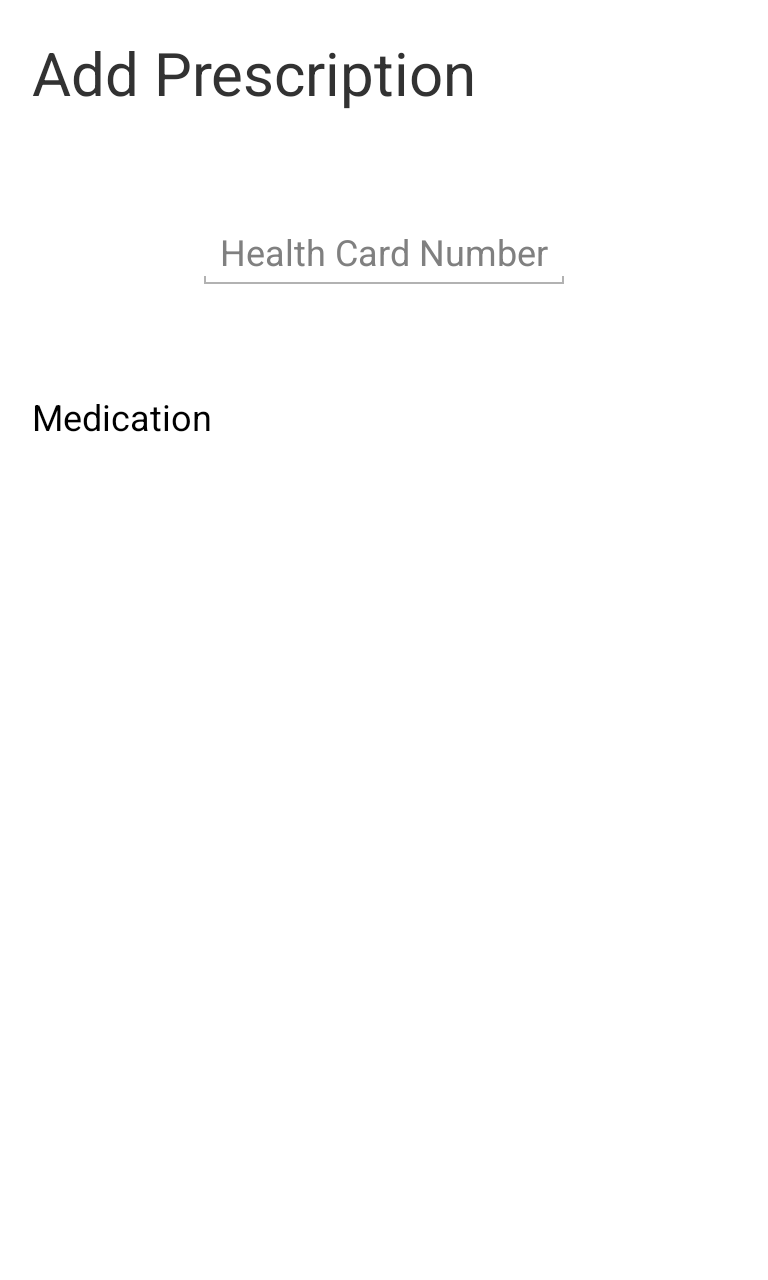
Repository: wangyuan0915/ER
Layout: workspace2/phase3/res/layout/activity_add_prescription.xml
These files come from the project's save history. The layout is drawn as it stood at one moment and after the next save; the edit follows.
It is drawn on a 768 x 1280 px phone screen (xhdpi) without system bars, with theme AppTheme; the app's code is not run.

Above is the layout before, as saved 2013-11-24 20:35:19.

After the next save:
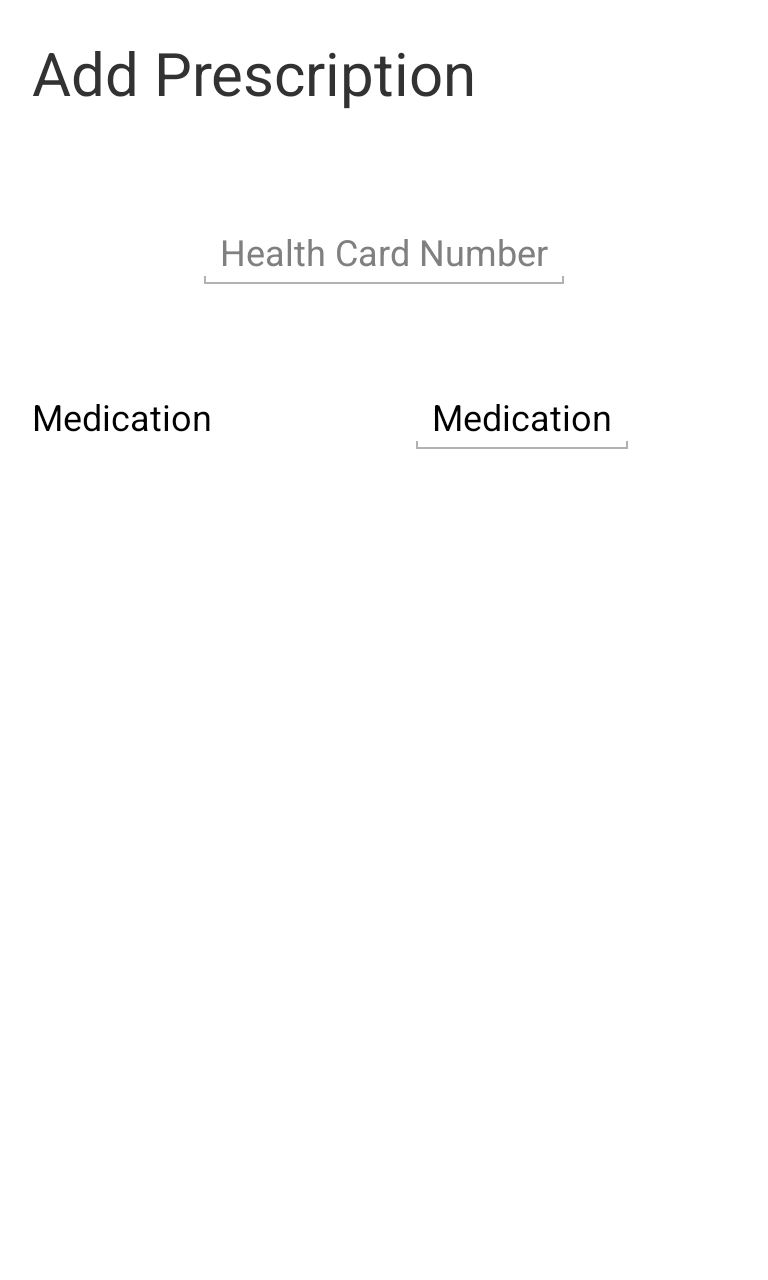
Saved 61 s later.
--- a/workspace2/phase3/res/layout/activity_add_prescription.xml
+++ b/workspace2/phase3/res/layout/activity_add_prescription.xml
@@ -32,7 +32,18 @@
         android:layout_alignLeft="@+id/textView2"
         android:layout_below="@+id/cardnum"
         android:layout_marginTop="50dp"
-        android:text="Medication"
+        android:text="@string/Medication"
+        android:textAppearance="?android:attr/textAppearanceMedium" />
+
+    <EditText
+        android:id="@+id/medication"
+        android:layout_width="wrap_content"
+        android:layout_height="wrap_content"
+        android:layout_alignBaseline="@+id/Medication"
+        android:layout_alignBottom="@+id/Medication"
+        android:layout_alignParentRight="true"
+        android:layout_marginRight="50dp"
+        android:text="@string/Medication"
         android:textAppearance="?android:attr/textAppearanceMedium" />
 
 </RelativeLayout>
